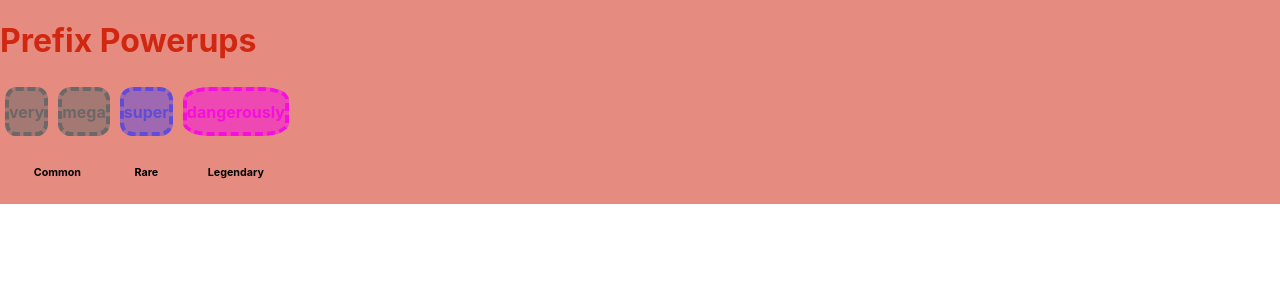
Repository: bsalgado98/buns-inator
Page: /
The author's editor kept a copy of each file at every save. The page is drawn from the files as they stood at one save, then again after a run of saves.
The browser window is 1280 px wide. The pictures show the whole page.
The project was rebuilt for these pictures with package versions that can differ from the ones it lists, and the page was loaded fresh each time.

Above is the page before, as saved 2022-04-25 22:33:46.

After the next 2 saves:
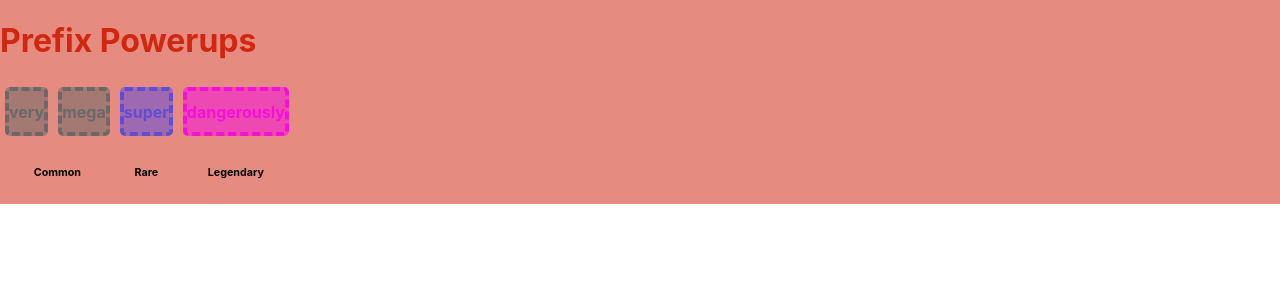
The 2 saves are shown as one change because they came seconds apart.
The last was saved 9 s later.
--- a/src/components/WordCard/WordCard.js
+++ b/src/components/WordCard/WordCard.js
@@ -6,7 +6,7 @@ const WordCard = ({ text = "N/A", color = "#000000" }) => {
                 display: 'flex',
                 border: `4px dashed ${color}`,
                 margin: '5px',
-                borderRadius: '25%'
+                borderRadius: '5px'
             }
         },
         text: {
